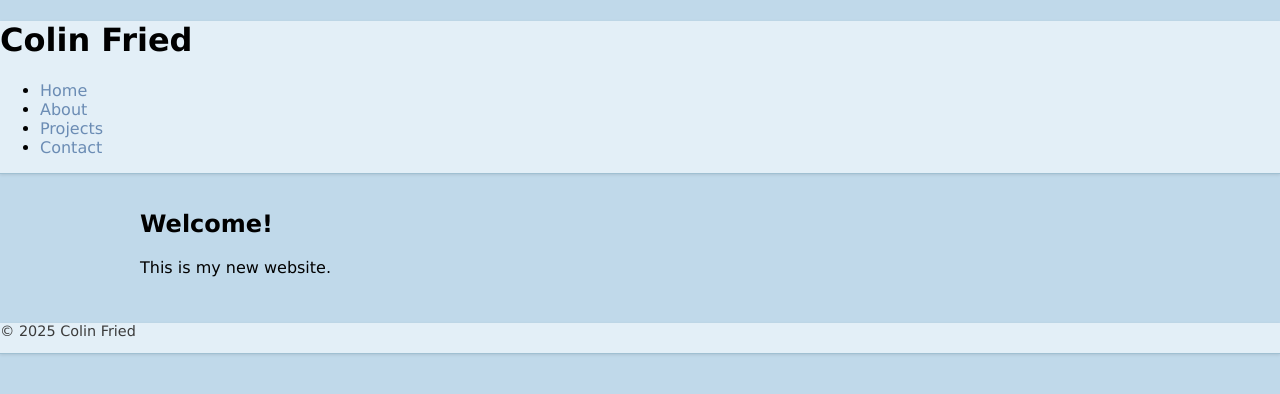
Repository: colinfdsaui/colin
Page: website.html
The author's editor kept a copy of each file at every save. The page is drawn from the files as they stood at one save, then again after a run of saves.
The browser window is 1280 px wide. The pictures show the whole page.

Above is the page before, as saved 2025-07-08 12:11:47.

### website.html
<!DOCTYPE html>
<html lang="en">
<link rel="stylesheet" href="styles.css">

<head>
    <meta charset="UTF-8"/>
    <meta name="viewport" content="width=device-width, initial-scale=1.0"/>
    <title>My Website</title>
    <link rel="stylesheet" href="styles.css"/>
</head>
<body>

<!-- Header / Nav -->
<header>
    <h1>Colin Fried</h1>
    <nav>
        <ul class="nav-links">
            <li><a class="active" href="website.html">Home</a></li>
            <li><a href="about.html">About</a></li>
            <li><a href="projects.html">Projects</a></li>
            <li><a href="test.html">Contact</a></li>
        </ul>
    </nav>
</header>

<!-- Main Content-->
<main>
    <section id="hero">
        <h2>Welcome!</h2>
        <p>This is my new website.</p>
    </section>
</main>

<!-- Footer -->
<footer>
    <p> © 2025 Colin Fried</p>
</footer>

<body>
</html>

### styles.css
/* ====================
   Global & layout
   ==================== */

/* 1) Define your palette once, at the top of your main stylesheet */
:root {
  /* ─── Aqua Palette ───────────────────────────────────────────────────────── */
  /* Light backgrounds */
  --aqua-bg-primary:      #c0d9ea; /* window background */
  --aqua-bg-secondary:    #e3eff7; /* sidebar / panels */
  --aqua-bg-highlight:    #fffffd; /* key UI surfaces */

  /* Accent blues */
  --aqua-accent:          #8db9e3; /* buttons, active tabs */
  --aqua-accent-dark:     #6b8cb4; /* hover, active state */

  /* Text */
  --aqua-text-primary:    #000000; /* body text */
  --aqua-text-secondary:  #3b3b3b; /* captions, secondary labels */
  --aqua-text-inverse:    #ffffff; /* on blue buttons, etc */

  /* Borders / dividers */
  --aqua-border:          #a0c0d2;

  /* Shadows (optional) */
  --aqua-shadow:          rgba(0, 0, 0, 0.1);
}

/* Base page styles */
body {
  margin:            0;
  padding:           0;
  font-family:       "Lucida Grande", -apple-system, BlinkMacSystemFont, sans-serif;
  background-color:  var(--aqua-bg-primary);
  color:             var(--aqua-text-primary);
}

/* Header & Footer with fallback + gradient + borders + shadow */
header,
footer {
  /* solid‑color fallback */
  background-color: var(--aqua-bg-secondary);

  /* gradient layered on top */
  background-image: linear-gradient(
    to bottom,
    rgba(255,255,255,0),
    var(--aqua-bg-secondary)
  );

  background-repeat: no-repeat;
  background-size:   cover;

  border-bottom:     1px solid var(--aqua-border);
  box-shadow:        0 1px 3px var(--aqua-shadow);
}

main {
  padding:    1rem;
  max-width:  1000px;
  margin:     auto;
}

footer {
  font-size: 0.9rem;
  color:     var(--aqua-text-secondary);
}

/* ====================
   Typography & Links
   ==================== */
a {
  color:           var(--aqua-accent-dark);
  text-decoration: none;
}

a:hover {
  text-decoration: underline;
}

/* ====================
   Buttons & Panels
   ==================== */
button {
  background-color: var(--aqua-accent);
  color:            var(--aqua-text-inverse);
  border:           1px solid var(--aqua-accent-dark);
  border-radius:    4px;
  padding:          0.5em 1em;
  cursor:           pointer;
  box-shadow:       0 1px 2px var(--aqua-shadow);
  font-family:      inherit;
  transition:       background-color 0.2s ease;
}

button:hover {
  background-color: var(--aqua-accent-dark);
}

.panel {
  background-color: var(--aqua-bg-highlight);
  border:           1px solid var(--aqua-border);
  padding:          1em;
  border-radius:    6px;
}

/* ====================
   Clickable Images (cursor stays arrow)
   ==================== */
img.clickable {
  cursor:     default; /* arrow only */
  transition:
    transform 0.15s ease-out,
    filter    0.15s ease-out;
}

img.clickable:hover {
  transform: scale(1.05);
  filter:
    drop-shadow(0 4px 8px rgba(0,0,0,0.2))
    brightness(1.05);
}

/* ====================
   Flipbook container
   ==================== */
#flipbook,
#flipbook-wrapper {
  width:       800px;
  height:      600px;
  margin:      2rem auto;
  overflow:    hidden;
  background:  var(--aqua-bg-highlight);
  border:      1px solid var(--aqua-border);
  box-shadow:  0 2px 4px var(--aqua-shadow);
}

/* Two‑page layout */
#flipbook .page {
  width:         50%;
  height:        100%;
  float:         left;
  overflow:      hidden;
  background:    var(--aqua-bg-highlight);
  border-right:  1px solid var(--aqua-border);
}

#flipbook .page:last-child {
  border-right: none;
}

/* Single‑page hack */
#flipbook.single-page .page:nth-child(1) {
  display:      block;
  margin:       0 auto;
  width:        50%;
}
#flipbook.single-page .page:nth-child(2) {
  display: none;
}

/* Page images */
#flipbook .page img {
  width:       100%;
  height:      100%;
  object-fit:  contain;
  transition:  transform 0.3s ease;
}

/* Zoomed page image */
#flipbook .page img.zoomed {
  transform: scale(2);
  cursor:    zoom-out;
}

/* Mask (page‑1 illusion) */
#mask {
  position:          absolute;
  inset:             0;
  pointer-events:    none;
  background-image:  linear-gradient(
    to right,
    var(--aqua-bg-highlight) 0%,
    rgba(255,255,255,0)      40%,
    rgba(255,255,255,0)      60%,
    var(--aqua-bg-highlight) 100%
  );
  display:           none;
}

/* Full‑screen zoom modal */
#zoom-modal {
  display:          none;
  position:         fixed;
  inset:            0;
  background:       rgba(0, 0, 0, 0.8);
  z-index:          9999;
  align-items:      center;
  justify-content:  center;
  overflow:         auto;
}

#zoom-modal img {
  width:       150%;
  height:      150%;
  transform:   translate(-15%);
  object-fit:  contain;
}

After the next 2 saves:
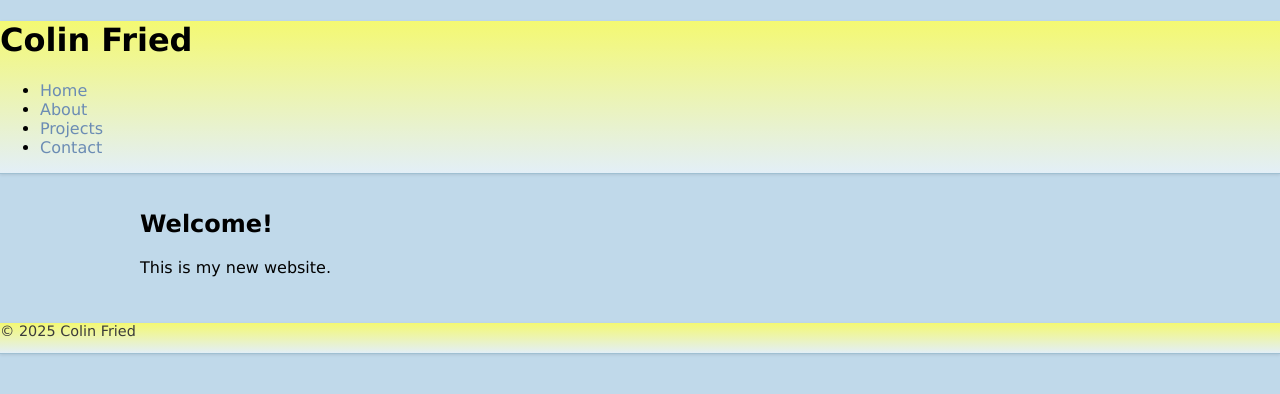
The 2 saves are shown as one change because they came seconds apart.
The last was saved 6 s later.
--- a/styles.css
+++ b/styles.css
@@ -44,7 +44,7 @@ footer {
   /* gradient layered on top */
   background-image: linear-gradient(
     to bottom,
-    rgba(255,255,255,0),
+    rgba(255,255,25,0.6),
     var(--aqua-bg-secondary)
   );
 
